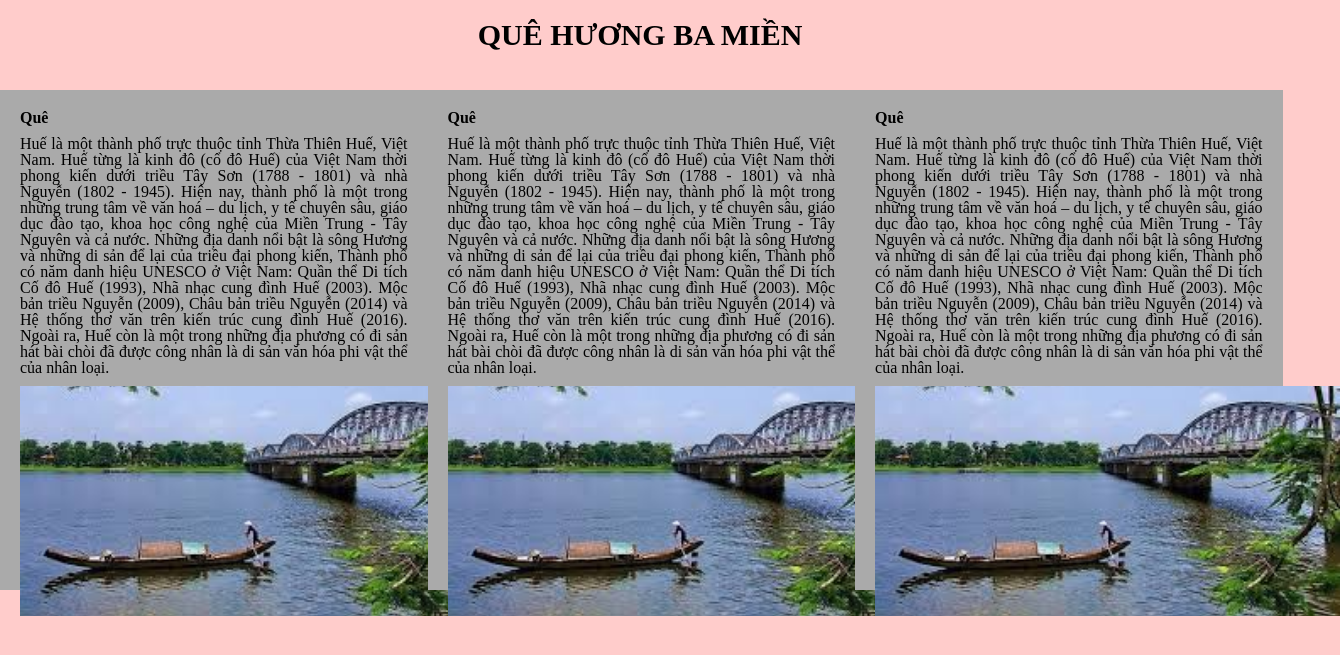
Repository: Tan-Khang21/TH_TKW--Buoi_06
Page: Bai_Tap_Tren_lop/Bai_02/LayoutCSS2.html
The author's editor kept a copy of each file at every save. The page is drawn from the files as they stood at one save, then again after the next save.
The browser window is 1280 px wide. The page is 1340 px wide, then 1339 px, so the pictures cover 1340 px, including what lies to the right of the window. The pictures show the whole page.

Above is the page before, as saved 2024-03-11 20:30:36.

### Bai_Tap_Tren_lop/Bai_02/LayoutCSS2.html
<!DOCTYPE html>
<html lang="en">
  <head>
    <meta charset="UTF-8" />
    <meta name="viewport" content="width=device-width, initial-scale=1.0" />
    <title>Document</title>
    <link rel="stylesheet" href="style.css" />
    <link rel="stylesheet" href="reset.css" />
  </head>
  <body>
    <h2 class="title">QUÊ HƯƠNG BA MIỀN</h2>
    <div class="container">
      <div class="item">
        <h5 style="font-weight: bold; margin-bottom: 10px">Quê</h5>
        <p style="margin-bottom: 10px">
          Huế là một thành phố trực thuộc tỉnh Thừa Thiên Huế, Việt Nam. Huế
          từng là kinh đô (cổ đô Huế) của Việt Nam thời phong kiến dưới triều
          Tây Sơn (1788 - 1801) và nhà Nguyễn (1802 - 1945). Hiện nay, thành phố
          là một trong những trung tâm về văn hoá – du lịch, y tế chuyên sâu,
          giáo dục đào tạo, khoa học công nghệ của Miền Trung - Tây Nguyên và cả
          nước. Những địa danh nổi bật là sông Hương và những di sản để lại của
          triều đại phong kiến, Thành phố có năm danh hiệu UNESCO ở Việt Nam:
          Quần thể Di tích Cố đô Huế (1993), Nhã nhạc cung đình Huế (2003). Mộc
          bản triều Nguyễn (2009), Châu bản triều Nguyễn (2014) và Hệ thống thơ
          văn trên kiến trúc cung đình Huế (2016). Ngoài ra, Huế còn là một
          trong những địa phương có đi sản hát bài chòi đã được công nhân là di
          sản văn hóa phi vật thể của nhân loại.
        </p>
        <div class="images">
          <img src="images/images1.jpg" alt="" />
        </div>
      </div>
      <div class="item">
        <h5 style="font-weight: bold; margin-bottom: 10px">Quê</h5>
        <p style="margin-bottom: 10px">
          Huế là một thành phố trực thuộc tỉnh Thừa Thiên Huế, Việt Nam. Huế
          từng là kinh đô (cổ đô Huế) của Việt Nam thời phong kiến dưới triều
          Tây Sơn (1788 - 1801) và nhà Nguyễn (1802 - 1945). Hiện nay, thành phố
          là một trong những trung tâm về văn hoá – du lịch, y tế chuyên sâu,
          giáo dục đào tạo, khoa học công nghệ của Miền Trung - Tây Nguyên và cả
          nước. Những địa danh nổi bật là sông Hương và những di sản để lại của
          triều đại phong kiến, Thành phố có năm danh hiệu UNESCO ở Việt Nam:
          Quần thể Di tích Cố đô Huế (1993), Nhã nhạc cung đình Huế (2003). Mộc
          bản triều Nguyễn (2009), Châu bản triều Nguyễn (2014) và Hệ thống thơ
          văn trên kiến trúc cung đình Huế (2016). Ngoài ra, Huế còn là một
          trong những địa phương có đi sản hát bài chòi đã được công nhân là di
          sản văn hóa phi vật thể của nhân loại.
        </p>
        <div class="images">
          <img src="images/images1.jpg" alt="" />
        </div>
      </div>
      <div class="item">
        <h5 style="font-weight: bold; margin-bottom: 10px">Quê</h5>
        <p style="margin-bottom: 10px">
          Huế là một thành phố trực thuộc tỉnh Thừa Thiên Huế, Việt Nam. Huế
          từng là kinh đô (cổ đô Huế) của Việt Nam thời phong kiến dưới triều
          Tây Sơn (1788 - 1801) và nhà Nguyễn (1802 - 1945). Hiện nay, thành phố
          là một trong những trung tâm về văn hoá – du lịch, y tế chuyên sâu,
          giáo dục đào tạo, khoa học công nghệ của Miền Trung - Tây Nguyên và cả
          nước. Những địa danh nổi bật là sông Hương và những di sản để lại của
          triều đại phong kiến, Thành phố có năm danh hiệu UNESCO ở Việt Nam:
          Quần thể Di tích Cố đô Huế (1993), Nhã nhạc cung đình Huế (2003). Mộc
          bản triều Nguyễn (2009), Châu bản triều Nguyễn (2014) và Hệ thống thơ
          văn trên kiến trúc cung đình Huế (2016). Ngoài ra, Huế còn là một
          trong những địa phương có đi sản hát bài chòi đã được công nhân là di
          sản văn hóa phi vật thể của nhân loại.
        </p>
        <div class="images">
          <img src="images/images1.jpg" alt="" />
        </div>
      </div>
    </div>
  </body>
</html>

### Bai_Tap_Tren_lop/Bai_02/style.css
* {
  box-sizing: border-box;
}
body {
  width: 100%;
  background-color: #ffcccb;
}
.title {
  text-align: center;
  font-size: 30px;
  margin: 20px;
  margin-bottom: 40px;
  font-weight: bold;
}
.item {
  width: 33.4%;
  height: 500px;
  padding: 20px;
  background-color: #aaaaaa;
  text-align: justify;
  /* box-shadow: 4px 0px 2px black; */
}
.images {
  width: 465px;
  height: 230px;
}
.images img {
  width: 100%;
  height: 100%;
  object-fit: cover;
}
.container {
  display: flex;
  align-items: center;
  justify-content: space-between;
}

Loaded but not shown: Bai_Tap_Tren_lop/Bai_02/reset.css (common file)

After the next save:
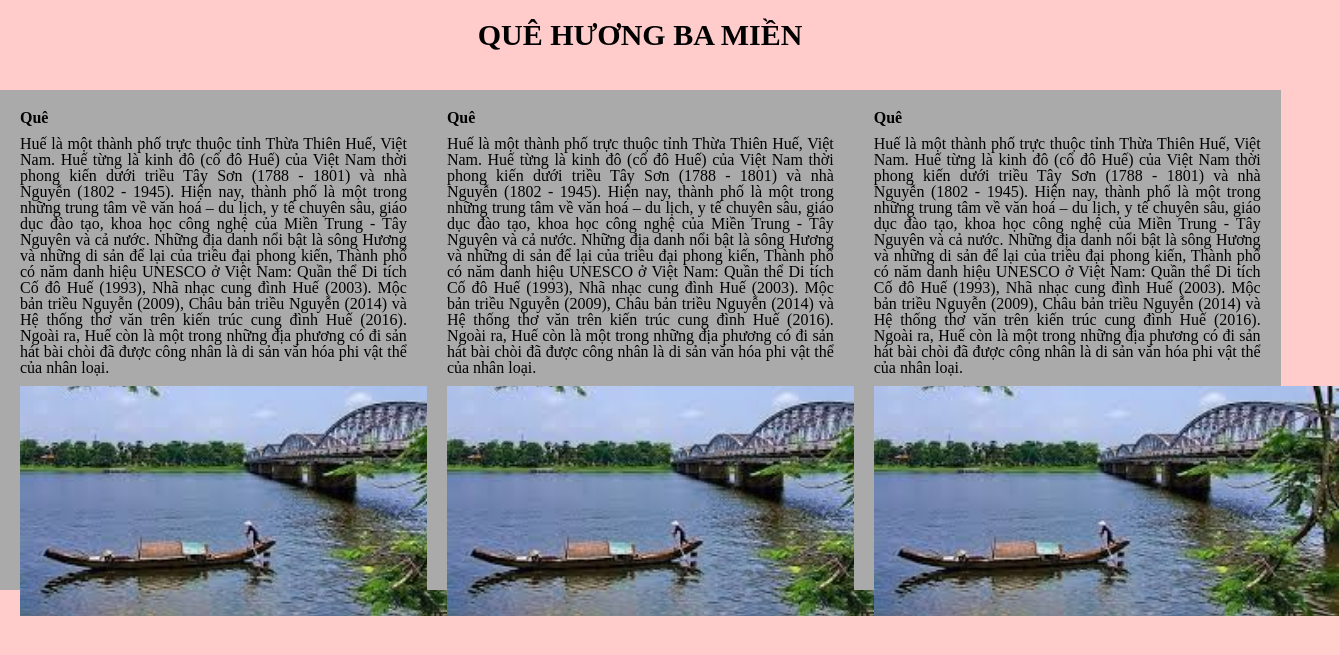
Saved 6 s later.
--- a/Bai_Tap_Tren_lop/Bai_02/style.css
+++ b/Bai_Tap_Tren_lop/Bai_02/style.css
@@ -13,7 +13,7 @@ body {
   font-weight: bold;
 }
 .item {
-  width: 33.4%;
+  width: 33.35%;
   height: 500px;
   padding: 20px;
   background-color: #aaaaaa;
